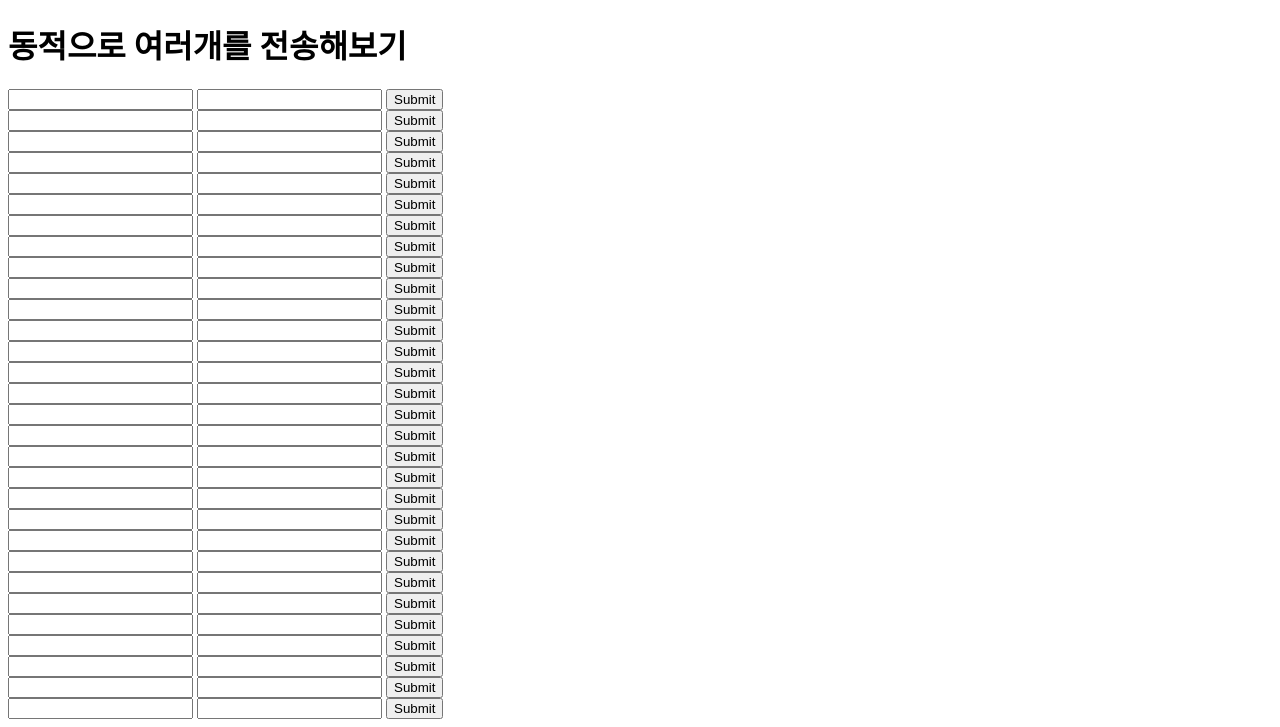
Repository: joeunpyeong/javaA
Page: http://localhost/04.Implicit/Ex01_Request/Ex02_Request.jsp
An editor plug-in stored every save of this project. The page is shown before and after the next save, followed by the edit.
The browser window is 1280 px wide. The pictures show the whole page.
The page is served by Tomcat 9.

Above is the page before, as saved 2023-05-22 02:33:31.

After the next save:
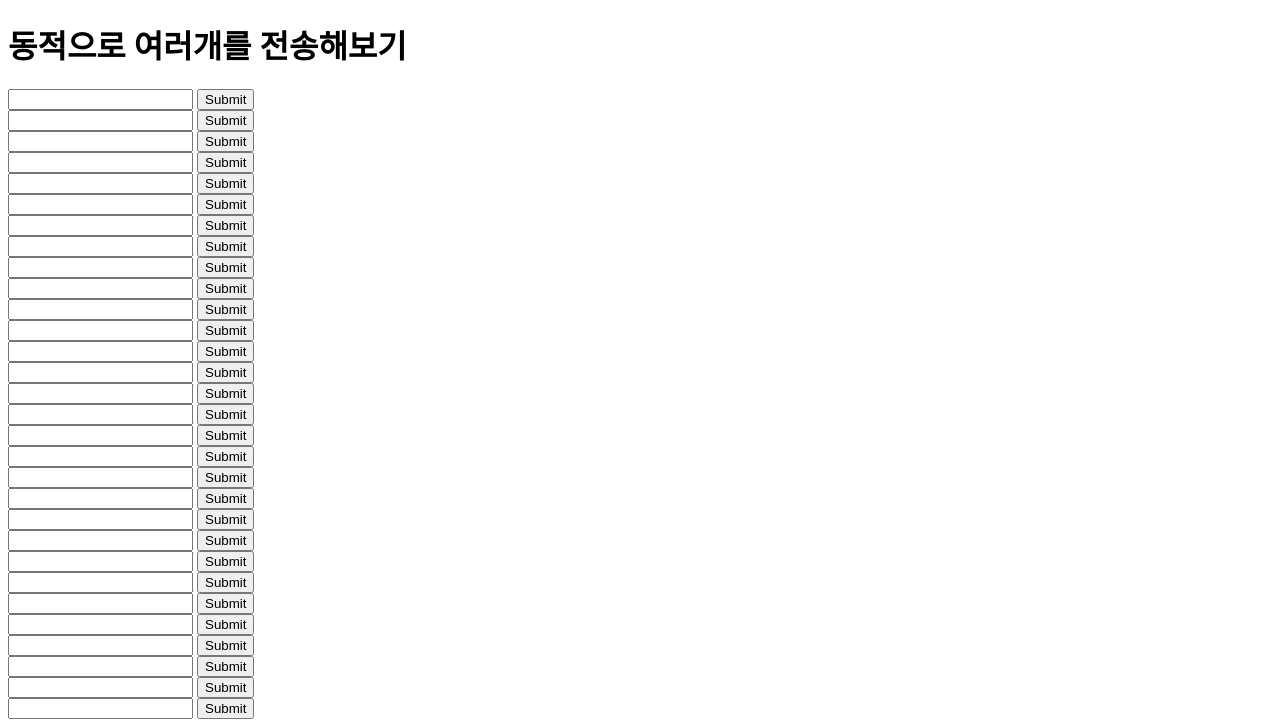
Saved 69 s later.
--- a/04.Implicit/src/main/webapp/Ex01_Request/Ex02_Request.jsp
+++ b/04.Implicit/src/main/webapp/Ex01_Request/Ex02_Request.jsp
@@ -15,8 +15,8 @@
 			Ex02_Request에서는 파라메터 name1~30까지를 쭉 출력하기
 			HTML(X) , JSP -->
 	<% for(int i=1 ; i<=30 ; i++){ %>
-			<form action="../Ex02_Request" method="get">
-		<input type="text" name="id" /> <input type="text" name="pw" />
+		<form action="../Ex02_Request" method="get">
+		<input type="text" name=<%=i%> />
 		<input type="submit">
 	</form>
 	<%} %>
